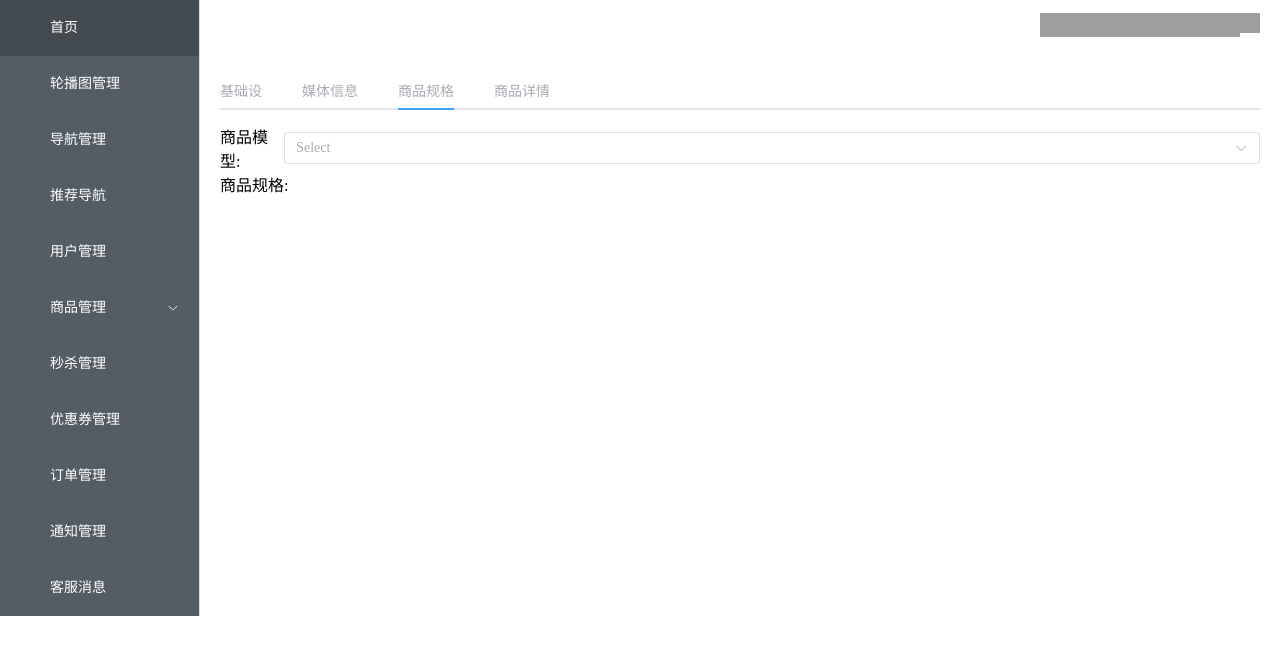
Repository: xinwuhao/CCG
Page: /addgoods
These files come from the project's save history. The page is drawn as it stood at one moment and after the next save; the edit follows.
The browser window is 1280 px wide. The pictures show the whole page.
Pictures or frames that could not be fetched are drawn as grey boxes. The page's requests for data from a server got no answer. The project was rebuilt for these pictures with package versions that can differ from the ones it lists, and the page was loaded fresh each time. No one was signed in, and anything a server would have sent is missing. Also part of the build but not shown: vite.config.ts.

Above is the page before, as saved 2021-09-24 15:57:07.

### src/main.ts
import { createApp } from 'vue'
import App from "./App.vue";
import router from "./router"
import ElementPlus from 'element-plus'
import 'element-plus/dist/index.css'
import * as Icons from '@element-plus/icons'
import { toLine } from './utils/index'

const app = createApp(App)

for (let i in Icons) {
    app.component(`el-icon${toLine(i)}`, (Icons as any)[i])
}

app.use(router)
app.use(ElementPlus)
app.mount('#app')

### src/App.vue
<template>
  <div>
    <router-view></router-view>
  </div>
</template>

<script setup lang="ts">
</script>

<style lang='scss'>
@import "./scssbox.scss";
</style>

### src/utils/index.ts
export const toLine = (str: string) => {
  return str.replace(/([A-Z])/g, "-$1").toLowerCase()
}

### src/scssbox.scss
* {
    margin: 0;
    padding: 0;
}

html,
body,
#app,
.el-container,
.el-menu {
    height: 100%;
}

### src/views/layout/Layout.vue
<template>
  <el-container>
    <el-aside width="auto">
      <nav-left :isCollapse='isCollapse'></nav-left>
    </el-aside>
    <el-container>
     <el-header>
        <nav-header v-model:isCollapse='isCollapse'></nav-header>
     </el-header>
      <el-main>
        <router-view></router-view>
      </el-main>
    </el-container>
  </el-container>
</template>

<script setup lang="ts">
import { ref, reactive } from 'vue'
import NavHeader from  '../../components/navHeader/NavHeader.vue'
import NavLeft from  '../../components/navLeft/NavLeft.vue'

interface Data {
  name: string,
  age: number
}

let isCollapse = ref<boolean>(false)
let data = reactive<Data>({
  name: 'jack',
  age: 20
})
</script>

<style scoped lang="scss">
.el-header {
  height: 50px;
  padding: 0;
}
</style>

### src/views/goods/addgoods.vue
<template>
  <div>
    <div v-if="judge == 0">
      <div class="searchBox">
        <el-input
          placeholder="请输入内容"
          v-model="input"
          clearable
          class="inputBox"
        >
        </el-input>
        <el-button icon="el-icon-search" @click="obtain"></el-button>
        <el-button type="primary" @click="ON">添加商品</el-button>
      </div>
      <!-- 表格 -->
      <div style="margin-top: 20px">
        <el-table :data="tableData" border style="width: 100%">
          <el-table-column label="#" type="index" width="50"> </el-table-column>
          <el-table-column prop="content" label="商品名称"> </el-table-column>
          <el-table-column prop="content" label="商品原价"> </el-table-column>
          <el-table-column prop="content" label="商品现价"> </el-table-column>
          <el-table-column prop="content" label="商品库存"> </el-table-column>
          <el-table-column label="是否新品">
            <template #default="scope">
              <div>
                {{ scope.row.isShow == true ? "是" : "否" }}
              </div>
            </template>
          </el-table-column>
          <el-table-column label="是否热卖">
            <template #default="scope">
              <div>
                {{ scope.row.isShow == true ? "是" : "否" }}
              </div>
            </template>
          </el-table-column>
          <el-table-column label="是否推荐">
            <template #default="scope">
              <div>
                {{ scope.row.isShow == true ? "是" : "否" }}
              </div>
            </template>
          </el-table-column>
          <el-table-column fixed="right" label="上下架">
            <template #default="scope">
              <el-switch
                v-model="scope.row.isShow"
                active-color="#1E90FF"
                inactive-color="#ff4949"
                @change="chen(scope.row)"
              >
              </el-switch>
            </template>
          </el-table-column>
          <el-table-column fixed="right" label="操作">
            <template #default="scope">
              <el-button @click="reduce(scope.row)" type="text" size="small"
                >删除</el-button
              >
              <el-button type="text" size="small" @click="alter(scope.row)"
                >编辑</el-button
              >
            </template>
          </el-table-column>
        </el-table>
      </div>
    </div>

    <!-- 添加商品弹出层 -->
    <div v-if="judge !== 0">
      <el-tabs v-model="judge">
        <el-tab-pane label="基础设" name="1" disabled>
          <el-form :model="swiper" ref="ruleForm" class="demo-ruleForm">
            <el-form-item label="商品名称:" prop="name">
              <el-input v-model="swiper.name" class="inpud"></el-input>
            </el-form-item>
            <el-form-item label="商品分类:" prop="category">
              <el-select
                v-model="swiper.category"
                placeholder="Select"
                style="width: 100%"
              >
                <el-option-group
                  v-for="group in options"
                  :key="group.name"
                  :label="group.name"
                >
                  <el-option
                    v-for="item in group.list"
                    :key="item.name"
                    :label="item.name"
                    :value="item._id"
                  >
                  </el-option>
                </el-option-group>
              </el-select>
            </el-form-item>
            <el-form-item label="商品原价:" prop="originalPrice">
              <el-input v-model="swiper.originalPrice" class="inpud"></el-input>
            </el-form-item>
            <el-form-item label="商品现价:" prop="presentPrice">
              <el-input v-model="swiper.presentPrice" class="inpud"></el-input>
            </el-form-item>
            <el-form-item label="封面图:" prop="cover">
              <el-upload
                class="upload-demo"
                action="http://localhost:1001/admin/upload"
                :headers="abc"
                :on-success="upimg"
                list-type="picture"
                :file-list="fileList"
              >
                <div class="blueFont">点击上传图片</div>
              </el-upload>
            </el-form-item>
            <el-form-item label="商品单位:" prop="company">
              <el-input v-model="swiper.company" class="inpud"></el-input>
            </el-form-item>
            <el-form-item label="商品库存" prop="stock">
              <el-input v-model="swiper.stock" class="inpud"></el-input>
            </el-form-item>
            <el-form-item label="商品简介" prop="introduction">
              <el-input
                v-model="swiper.introduction"
                :rows="2"
                type="textarea"
                placeholder="请输入商品简介"
              />
            </el-form-item>
            <el-form-item label="推荐介绍" prop="sellDesc">
              <el-input
                v-model="swiper.sellDesc"
                :rows="4"
                type="textarea"
                placeholder="请输入推荐介绍"
              />
            </el-form-item>

            <el-form-item label="是否新品" prop="isNewGood">
              <el-switch
                v-model="swiper.isNewGood"
                active-color="#13ce66"
                inactive-color="#ff4949"
                @change="chen"
              >
              </el-switch>
            </el-form-item>
            <el-form-item label="是否热销" prop="isHot">
              <el-switch
                v-model="swiper.isHot"
                active-color="#13ce66"
                inactive-color="#ff4949"
                @change="chen"
              >
              </el-switch>
            </el-form-item>
            <el-form-item label="是否推荐" prop="isRecommend">
              <el-switch
                v-model="swiper.isRecommend"
                active-color="#13ce66"
                inactive-color="#ff4949"
                @change="chen"
              >
              </el-switch>
            </el-form-item>
          </el-form>
          <div>
            <el-button @click="judge = '0'">取消</el-button>
            <el-button type="primary" @click="confirm">确定</el-button>
          </div>
        </el-tab-pane>

        <el-tab-pane label="媒体信息" name="2" disabled>
          <el-upload
            action="http://localhost:1001/admin/upload"
            :headers="abc"
            list-type="picture-card"
            :on-preview="handlePictureCardPreview"
            :on-success="handleRemove"
          >
            <i class="el-icon-plus"></i>
          </el-upload>
          <el-dialog v-model="dialogVisible">
            <div class="zebox">
              <img :src="img" class="imgbox" />
            </div>
          </el-dialog>
          <div>
            <el-button @click="judge = '1'">取消</el-button>
            <el-button type="primary" @click="confirm1">确定</el-button>
          </div>
        </el-tab-pane>

        <el-tab-pane label="商品规格" name="3" disabled>
          <div style="display: flex; align-items: center">
            <div>商品模型:</div>
            <el-select v-model="input1" clearable filterable @change="emmm">
              <el-option
                v-for="item in options1"
                :key="item._id"
                :label="item.name"
                :value="item._id"
              >
              </el-option>
            </el-select>
          </div>
          <div style="display: flex">
            <div>商品规格:</div>
            <div v-for="(item, index) in arr" :key="index">
              <el-checkbox
                v-model="item.check"
                @change="handleCheckAllChange($event, item)"
                >{{ item.name }}
              </el-checkbox>

              <el-checkbox-group
                v-model="item.checkList"
                @change="handleCheckedCitiesChange2($event, item)"
              >
                <el-checkbox
                  v-for="(item1, index1) in item.spec_item.split('\n')"
                  :key="index1"
                  :label="item1"
                  >{{ item1 }}</el-checkbox
                >
              </el-checkbox-group>
            </div>
          </div>
        </el-tab-pane>
        <el-tab-pane label="商品详情" name="4" disabled>Task</el-tab-pane>
      </el-tabs>
    </div>
  </div>
</template>

<script setup lang="ts">
import { ref, onMounted } from "vue";
import api from "../../http/aip";
import { ElMessage } from "element-plus";

// 输入框
let input = ref<any>("");
let input1 = ref<any>("");
//切换层
let judge = ref<string>("3");
//上传图片token
let abc = { Authorization: localStorage.getItem("token") };
//接受图片路径
let fileList = ref<any>([]);
// 下拉
let options = ref<any>([]);
let options1 = ref<any>([]);
//表格数据
let tableData = ref<any>([]);
//表单
let swiper = ref<any>({
  name: "",
  category: "",
  cover: "",
  isHot: true,
  isRecommend: true,
  originalPrice: "",
  presentPrice: "",
  introduction: "",
  company: "",
  stock: "",
  isNewGood: true,
  sellDesc: "",
});
//表单确定键
let confirm = () => {
  judge.value = "2";
};
//媒体
let img = ref<string>("");
let dialogVisible = ref<boolean>(false);
let handleRemove = (e: any) => {
  img.value = e.data;
};
let confirm1 = () => {
  judge.value = "3";
};
let handlePictureCardPreview = (file: any) => {
  dialogVisible.value = true;
};
//规格
let user = ref<any>({
  parentId: "",
  spec: [],
});
let arr = ref<any>([]);
let emmm = () => {
  api
    .getSpec({
      parentId: input1.value,
    })
    .then((res: any) => {
      if (res.code == 200) {
        res.data.map((item: any) => {
          item.check = false;
          item.checkList = [];
        });
        arr.value = res.data;
        console.log(arr.value);
      }
    })
    .catch((err: any) => {
      console.log(err);
    });
};
// 全选
let handleCheckAllChange = (e: any, item: any) => {
  if (e) {
    item.checkList = item.spec_item.split("\n");
  } else {
    item.checkList = [];
  }
};
// 单选
let handleCheckedCitiesChange2 = (e: any, item: any) => {
  item.check = e.length === item.spec_item.split("\n").length ? true : false;
};

//添加按钮
let ON = () => {
  judge.value = "1";
};
//上传图片请求成功
let upimg = (file: any) => {
  swiper.value.cover = file.data;
};
// 获取分类
let sort = () => {
  api
    .getCategory("")
    .then((res: any) => {
      if (res.code == 200) {
        options.value = res.data;
      }
    })
    .catch((err: any) => {
      console.log(err);
    });
};
//获取模型
let model = () => {
  api
    .getModel({
      current: 1,
      pageSize: 99999,
      query: input.value,
    })
    .then((res: any) => {
      if (res.code == 200) {
        options1.value = res.data;
      }
    })
    .catch((err: any) => {
      console.log(err);
    });
};
//删除
let reduce = (e: any) => {
  api
    .delNotice(e._id)
    .then((res: any) => {
      if (res.code == 200) {
        ElMessage.success({
          message: `${res.msg}`,
          type: "success",
        });
        obtain();
      } else ElMessage.error(`${res.msg}`);
    })
    .catch((err: any) => {
      console.log(err);
    });
};
//显示
let chen = (e: any) => {
  api
    .showNotice({
      id: e._id,
      isShow: e.isShow,
    })
    .then((res: any) => {
      if (res.code == 200) {
        ElMessage.success({
          message: `${res.msg}`,
          type: "success",
        });
        obtain();
      } else ElMessage.error(`${res.msg}`);
    })
    .catch((err: any) => {
      console.log(err);
    });
};
let current = ref<number>(1);
let pageSize = ref<number>(10);
//获取数据
let obtain = () => {
  api
    .getNotice({
      current: current.value,
      pageSize: pageSize.value,
      query: input.value,
    })
    .then((res: any) => {
      if (res.code == 200) {
        tableData.value = res.data;
      }
    })
    .catch((err: any) => {
      console.log(err);
    });
};
onMounted(() => {
  obtain();
  sort();
  model();
});
</script>

<style scoped>
.searchBox {
  display: flex;
}
.inputBox {
  width: 300px;
}
.blueFont {
  color: #1e90ff;
}
.imgBox {
  width: 100px;
  height: 100px;
}
.imgbox {
  width: 500px;
  height: 500px;
}
.zebox {
  width: 100%;
  height: 100%;
  display: flex;
  justify-content: center;
  align-items: center;
}
</style>

### src/components/navHeader/NavHeader.vue
<template>
  <div class="header">
    <div @click="toggle" class="cent">
      <el-icon-expand v-if="isCollapse"></el-icon-expand>
      <el-icon-fold v-else></el-icon-fold>
      <div class="cenn">
        <iframe
          width="200"
          height="24"
          frameborder="0"
          scrolling="no"
          hspace="0"
          src="https://i.tianqi.com/?c=code&id=11"
        ></iframe>
        <div>
          <img
            src="https://img0.baidu.com/it/u=3730772664,138405132&fm=26&fmt=auto"
            class="img"
          />
        </div>
      </div>
    </div>
  </div>
</template>

<script lang='ts' setup>
import { ref } from "vue";
import { Fold, Expand } from "@element-plus/icons";

let props = defineProps({
  isCollapse: {
    type: Boolean,
    default: false,
  },
});
let emits = defineEmits(["update:isCollapse"]);
let toggle = () => {
  emits("update:isCollapse", !props.isCollapse);
};
</script>

<style lang='scss' scoped>
svg {
  width: 20px;
  height: 20px;
}
.header {
  height: 50px;
  display: flex;
  align-items: center;
  padding: 0 20px;
}
.cent {
  display: flex;
  width: 100%;
}
.cenn {
  display: flex;
  justify-content: flex-end;
  width: 100%;
}
.img {
  width: 20px;
  height: 20px;
}
</style>

### src/components/navLeft/NavLeft.vue
<template>
  <el-menu
    :uniqueOpened="true"
    default-active="1"
    class="el-menu"
    background-color="#545c64"
    text-color="#fff"
    active-text-color="#ffd04b"
    :collapse="isCollapse"
    :router="true"
  >
    <template v-for="(item, index) in arr" :key="index">
      <el-menu-item :index="item.path" v-if="item.name !== '商品管理'">
        <component :is="item.i" class="iconbox"></component>
        <template #title>{{ item.name }}</template>
      </el-menu-item>
      <el-sub-menu :index="item.path" v-else>
        <template #title>
          <component :is="item.i" class="iconbox"></component>
          <span>{{ item.name }}</span>
        </template>
        <template v-for="(item1, index1) in arr1" :key="index1">
          <el-menu-item :index="item1.path">
            <component :is="item1.i" class="iconbox"></component>
            <span> {{ item1.name }}</span>
          </el-menu-item>
        </template>
      </el-sub-menu>
    </template>
  </el-menu>
</template>

<script lang='ts' setup>
import { ref } from "vue";
let arr = ref<any>([
  { name: "首页", i: "el-icon-house", path: "/" },
  { name: "轮播图管理", i: "el-icon-help", path: "/swiper" },
  { name: "导航管理", i: "el-icon-data-line", path: "/navigation" },
  { name: "推荐导航", i: "el-icon-document-copy", path: "/recommend" },
  { name: "用户管理", i: "el-icon-user", path: "/user" },
  { name: "商品管理", i: "el-icon-paperclip", path: "" },
  { name: "秒杀管理", i: "el-icon-reading", path: "/seckill" },
  { name: "优惠券管理", i: "el-icon-coin", path: "/discount" },
  { name: "订单管理", i: "el-icon-set-up", path: "/order" },
  { name: "通知管理", i: "el-icon-microphone", path: "/notice" },
  { name: "客服消息", i: "el-icon-chat-line-round", path: "/news" },
]);
let arr1 = ref<any>([
  { name: "添加商品", i: "el-icon-document-add", path: "/addgoods" },
  { name: "商品分类", i: "el-icon-tickets", path: "/sortgoods" },
  { name: "商品模型", i: "el-icon-set-up", path: "/modelgoods" },
  { name: "商品规格", i: "el-icon-position", path: "/specsgoods" },
  { name: "商品参数", i: "el-icon-cpu", path: "/parametergoods" },
  { name: "规格参数", i: "el-icon-takeaway-box", path: "/specifications" },
]);
let props = defineProps({
  isCollapse: {
    type: Boolean,
    default: false,
  },
});
</script>

<style lang='scss' scoped>
.el-menu:not(.el-menu--collapse) {
  width: 200px;
}
.iconbox {
  width: 20px;
  height: 20px;
  margin-right: 10px;
}
</style>

### src/http/index.ts
import axios, { AxiosError, AxiosRequestConfig, AxiosResponse } from 'axios'


const http = axios.create({
   baseURL: 'http://localhost:1001',
   timeout: 10000
})


http.interceptors.request.use((config: AxiosRequestConfig) => {
   let token = localStorage.getItem('token')
   if (token) {
      config.headers['Authorization'] = token
   }
   return config
}, (err: AxiosError) => {
   return Promise.reject(err)
})


http.interceptors.response.use((res: any) => {
   return res.data
}, (err: AxiosError) => {
   let status: number = err.response! && err.response!.status
   if (status === 401) {

   }
   if (status === 400) {

   }
   if (status === 403) {

   }
   if (status === 404) {

   }
   if (status === 500) {

   }
   if (status === 503) {

   }
   return Promise.reject(err)
})


export default http

Loaded but not shown: index.html (common file); src/http/aip.ts (465 lines, source omitted); src/router/index.ts (177 lines, source omitted)

After the next save:
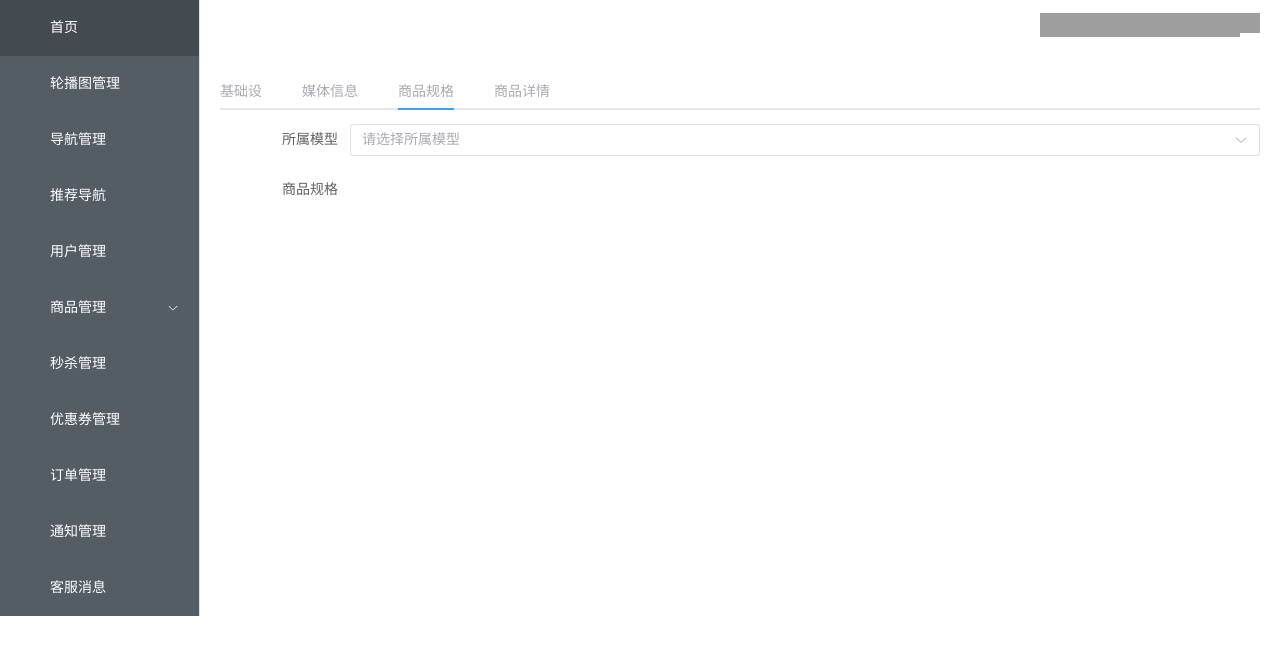
Saved 39 s later.
--- a/src/views/goods/addgoods.vue
+++ b/src/views/goods/addgoods.vue
@@ -192,40 +192,53 @@
         </el-tab-pane>
 
         <el-tab-pane label="商品规格" name="3" disabled>
-          <div style="display: flex; align-items: center">
-            <div>商品模型:</div>
-            <el-select v-model="input1" clearable filterable @change="emmm">
-              <el-option
-                v-for="item in options1"
-                :key="item._id"
-                :label="item.name"
-                :value="item._id"
-              >
-              </el-option>
-            </el-select>
-          </div>
-          <div style="display: flex">
-            <div>商品规格:</div>
-            <div v-for="(item, index) in arr" :key="index">
-              <el-checkbox
-                v-model="item.check"
-                @change="handleCheckAllChange($event, item)"
-                >{{ item.name }}
-              </el-checkbox>
-
-              <el-checkbox-group
-                v-model="item.checkList"
-                @change="handleCheckedCitiesChange2($event, item)"
-              >
-                <el-checkbox
-                  v-for="(item1, index1) in item.spec_item.split('\n')"
-                  :key="index1"
-                  :label="item1"
-                  >{{ item1 }}</el-checkbox
-                >
-              </el-checkbox-group>
-            </div>
-          </div>
+          <el-form
+            :model="user"
+            :rules="rules"
+            ref="ruleForm"
+            label-width="130px"
+            class="demo-ruleForm"
+          >
+            <el-form-item label="所属模型" prop="parentId">
+              <el-select
+                v-model="user.parentId"
+                placeholder="请选择所属模型"
+                @change="moon"
+              >
+                <div v-for="(item, index) in arr" :key="index">
+                  <el-option :value="item._id" :label="item.name">{{
+                    item.name
+                  }}</el-option>
+                </div>
+              </el-select>
+            </el-form-item>
+            <el-form-item label="商品规格" prop="spec">
+              <!-- 商品规格 -->
+              <div class="specd">
+                <div class="spBox">
+                  <div v-for="(item, index) in arr" :key="index">
+                    <el-checkbox
+                      v-model="item.check"
+                      @change="handleCheckAllChange($event, item)"
+                      >{{ item.name }}
+                    </el-checkbox>
+
+                    <el-checkbox-group
+                      v-model="item.checkList"
+                      @change="handleCheckedCitiesChange2($event, item)"
+                    >
+                      <el-checkbox
+                        v-for="(item1, index1) in item.spec_item.split('\n')"
+                        :key="index1"
+                        :label="item1"
+                        >{{ item1 }}</el-checkbox
+                      >
+                    </el-checkbox-group>
+                  </div>
+                </div>
+              </div>
+            </el-form-item>
+          </el-form>
         </el-tab-pane>
         <el-tab-pane label="商品详情" name="4" disabled>Task</el-tab-pane>
       </el-tabs>
